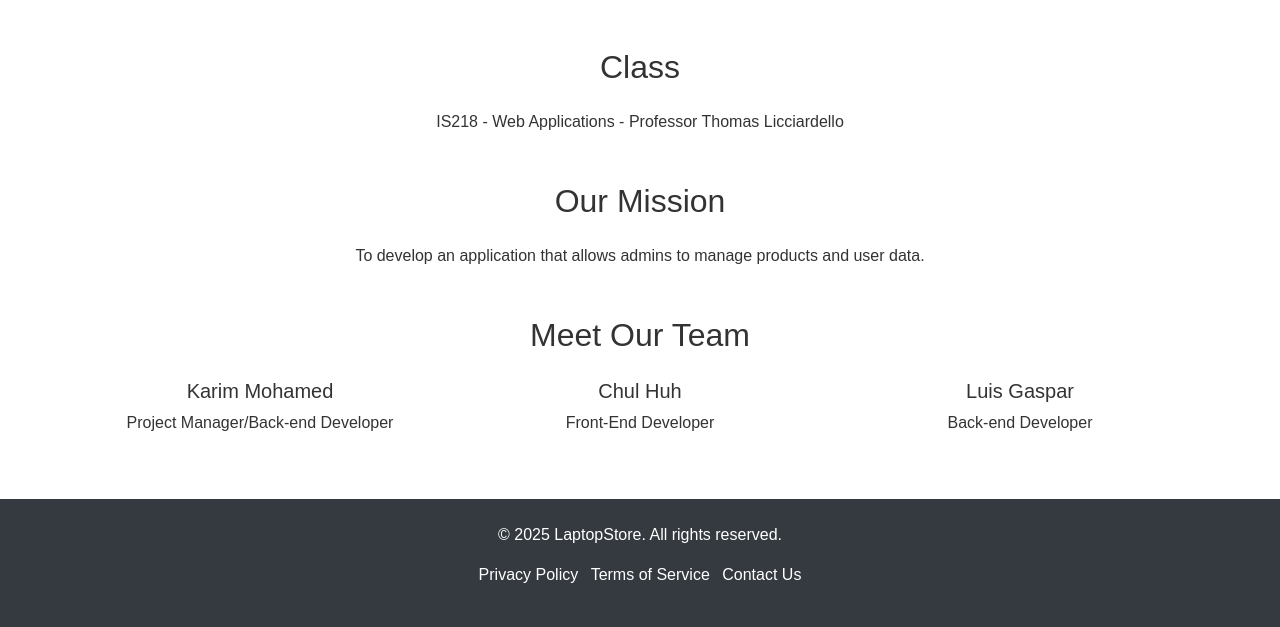
Repository: karim0829/IS218-Django-Laptop-Display
Page: http://localhost/about/
An editor plug-in stored every save of this project. The page is shown before and after the next save, followed by the edit.
The browser window is 1280 px wide. The pictures show the part of the page from y = 433 to 1132 px (the page is 1060 px tall before and 1132 px after).
Some web libraries are served in a nearby version. The page is served by the project's application, run on Django 5.2 (manage.py).

Above is the page before, as saved 2025-05-11 17:33:23.

After the next save:
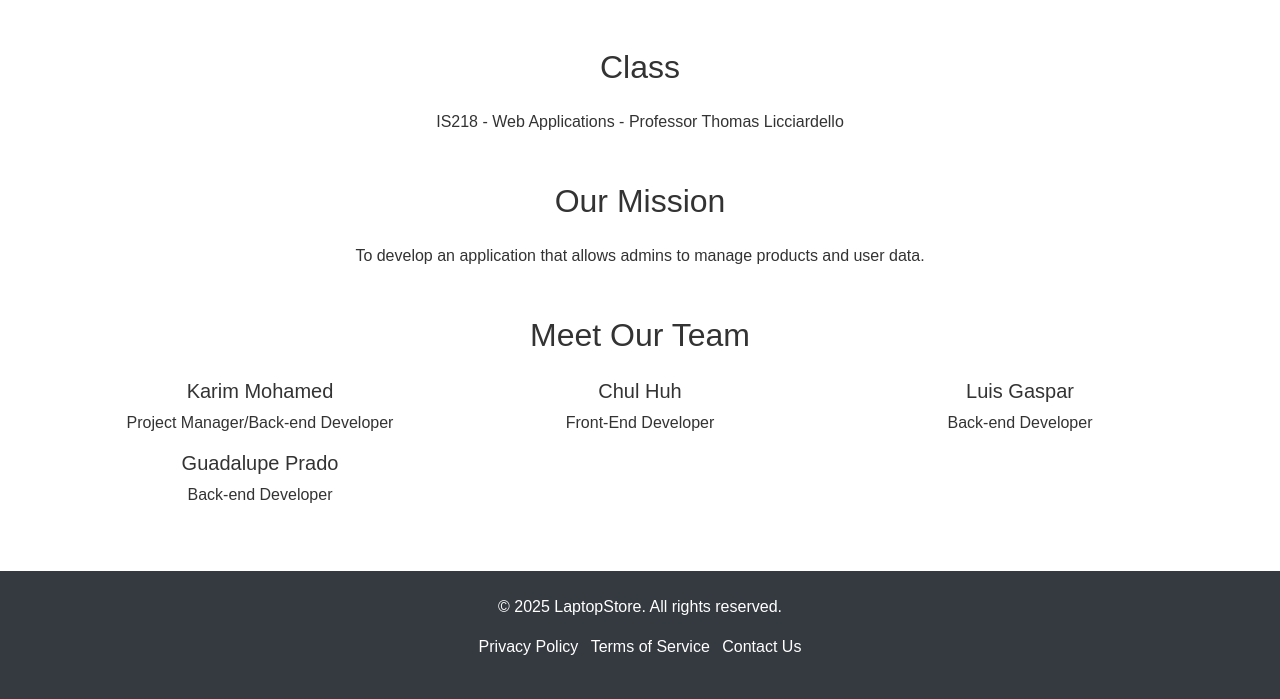
Saved 12 s later.
--- a/homepage/templates/homepage/about.html
+++ b/homepage/templates/homepage/about.html
@@ -107,6 +107,11 @@
           <h5>Luis Gaspar</h5>
           <p>Back-end Developer</p>
         </div>
+
+         <div class="col-md-4 text-center">
+          <h5>Guadalupe Prado</h5>
+          <p>Back-end Developer</p>
+        </div>
       </div>
     </section>
 
